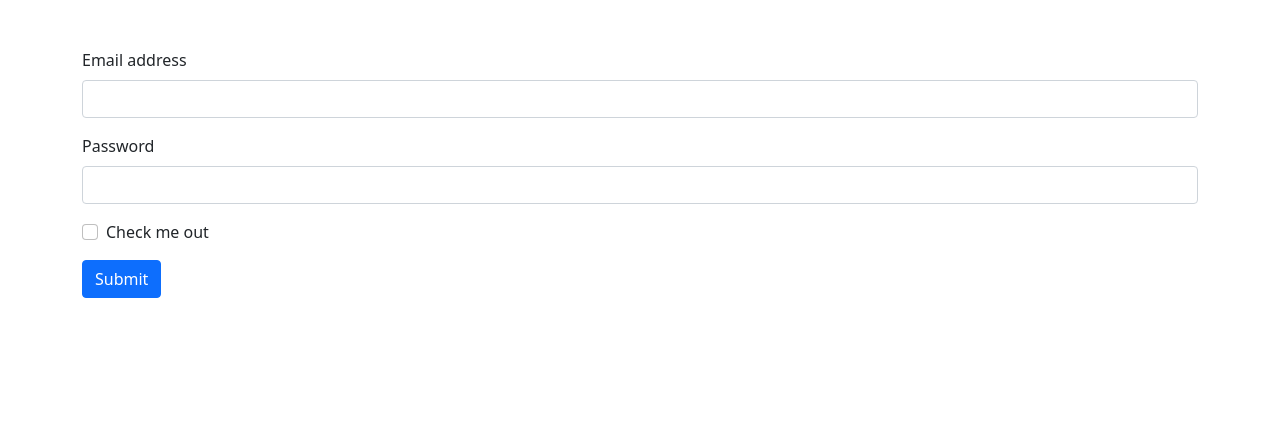
Repository: IamPawan777/spring-MCV
Page: http://localhost/p4.1-sending-data-to-controller/form
The author's editor kept a copy of each file at every save. The page is drawn from the files as they stood at one save, then again after the next save.
The browser window is 1280 px wide. The pictures show the whole page.
The page is served by Tomcat 9.

Above is the page before, as saved 2025-01-13 13:39:28.

After the next save:
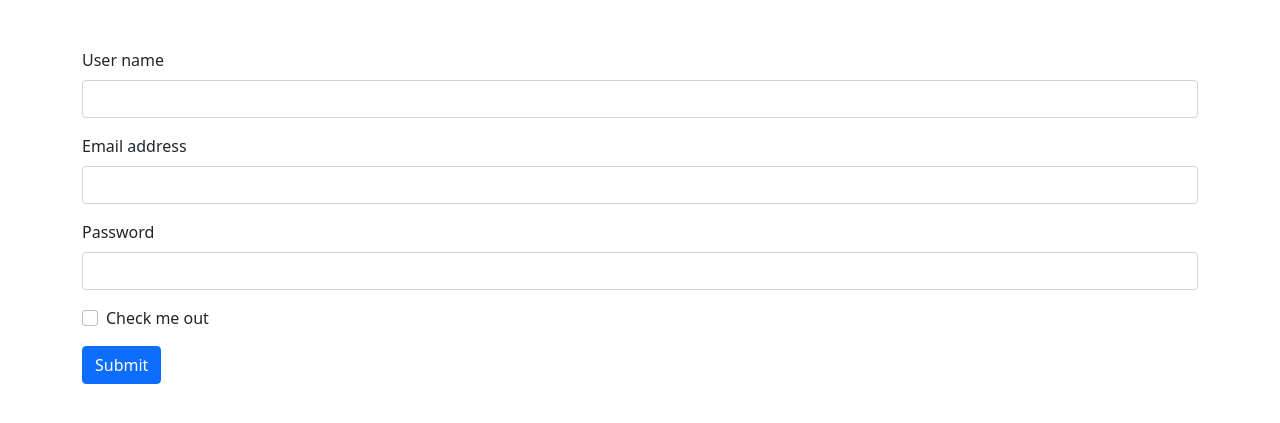
Saved 2 min 28 s later.
--- a/p4.1-sending-data-to-controller/src/main/webapp/WEB-INF/pages/form.jsp
+++ b/p4.1-sending-data-to-controller/src/main/webapp/WEB-INF/pages/form.jsp
@@ -21,13 +21,19 @@
 	<div class="container mt-5">
 		<form>
 			<div class="mb-3">
+				<label for="exampleInputText" class="form-label">User
+					name</label> <input type="text" class="form-control"
+					id="exampleInputText" aria-describedby="emailHelp">
+			</div>
+			<div class="mb-3">
 				<label for="exampleInputEmail1" class="form-label">Email
 					address</label> <input type="email" class="form-control"
 					id="exampleInputEmail1" aria-describedby="emailHelp">
 			</div>
 			<div class="mb-3">
 				<label for="exampleInputPassword1" class="form-label">Password</label>
-				<input type="password" class="form-control"	id="exampleInputPassword1">
+				<input type="password" class="form-control"
+					id="exampleInputPassword1">
 			</div>
 			<div class="mb-3 form-check">
 				<input type="checkbox" class="form-check-input" id="exampleCheck1">
